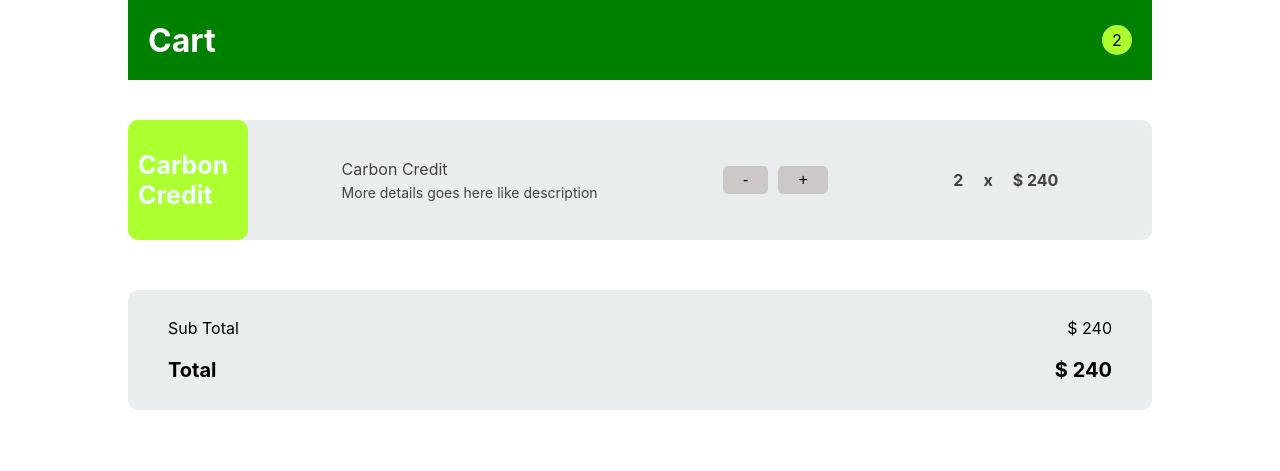
Repository: Yowani24/CarbonApp
Page: /cart
These files come from the project's save history. The page is drawn as it stood at one moment and after the next save; the edit follows.
The browser window is 1280 px wide. The pictures show the whole page.
The project was rebuilt for these pictures with package versions that can differ from the ones it lists, and the page was loaded fresh each time. The framework's server and built-in components were replaced by stand-ins that run in the browser. Also part of the build but not shown: next.config.js.

Above is the page before, as saved 2021-09-26 21:09:13.

### pages/_app.js
import '../styles/globals.css'
import Cart from './cart';

function MyApp({ Component, pageProps }) {
  return (
    <>
      <Component {...pageProps} />
    </>
  );
}

export default MyApp

### pages/cart/index.js
import React from 'react';
import Head from 'next/head'

import styles from './Cart.module.css'

export default function Cart(props) {
    return (
        <>
          <Head>
              <title>Cart</title>
          </Head>
          <header>
              <div className={styles.interface}>
                    <div className={styles.header_content}>
                        <h1>Cart</h1>
                        <p>2</p>
                    </div>
              </div>
          </header>

          <section>
              <div className={styles.interface}>
                  <div className={styles.boxes}>
                      <div className={styles.content_box}>
                          <div className={styles.box}>
                              <h3>Carbon Credit</h3>
                          </div>

                          <div className={styles.product_details}>
                            <div className={styles.description}>
                                <p>Carbon Credit</p>
                                <p>More details goes here like description</p>
                            </div>

                            <div className={styles.quantity_controls}>
                                <button>-</button>
                                <button>+</button>
                            </div>

                            <div className={styles.current_money}>
                                <p>2</p>
                                <span>x</span>
                                <p>$ 240</p>
                            </div>
                          </div>
                      </div>
                  </div>

                  <div className={styles.total_to_pay_box}>
                      <span>
                          <p>Sub Total</p>
                          <p>$ 240</p>
                      </span>
                      <span>
                          <p>Total</p>
                          <p>$ 240</p>
                      </span>
                  </div>
              </div>
          </section>
        </>
    )
}

### styles/globals.css
html,
body {
  padding: 0;
  margin: 0;
  font-family: -apple-system, BlinkMacSystemFont, Segoe UI, Roboto, Oxygen,
    Ubuntu, Cantarell, Fira Sans, Droid Sans, Helvetica Neue, sans-serif;
}

a {
  color: inherit;
  text-decoration: none;
}

* {
  margin: 0;
  box-sizing: border-box;
}

### pages/cart/Cart.module.css
.interface{
    width: 80%;
    margin: 0 auto;
}
.header_content{
    display: flex;
    justify-content: space-between;
    align-items: center;
    height: 80px;
    padding: 0 20px;
    background: green;
}
.header_content h1{
    color: #FFFFFF;
}
.header_content p{
    background: greenyellow;
    display: flex;
    justify-content: center;
    align-items:center;
    width: 30px;
    height: 30px;
    border-radius: 100%;
}


.boxes{
    margin-top: 40px;
}
.content_box{
    width: 100%;
    height: 120px;
    background:rgb(233, 237, 238);
    border-radius: 10px;

    display: flex;
    align-items:center;
}
.box{
    width: 120px;
    background: greenyellow;
    height: 100%;
    border-radius: 10px;

    display: flex;
    justify-content: center;
    align-items: center;
}
.box h3{
    font-size: 25px;
    width: 100px;
    color: azure;
}
.product_details{
    display: flex;
    justify-content: space-between;
    align-items: center;
    width: 70%;
    margin: 0 auto;
    color: hsl(0, 2%, 26%);
}
.description p:nth-child(2){
    margin-top: 5px;
    font-size: 14px;
}
.quantity_controls button{
    border: none;
    padding: 5px 20px;
    margin: 0 5px;
    border-radius: 5px;
    font-size: 16px;
    background: rgb(204, 200, 200);
}
.quantity_controls button:active{
    background: rgb(148, 146, 146);
}
.current_money{
    display: flex;
    font-size: 16px;
    font-weight: bold;
}
.current_money span{
    padding: 0 20px;
}

.total_to_pay_box{
    width: 100%;
    height: 120px;
    background:rgb(233, 237, 238);
    border-radius: 10px;

    display: flex;
    flex-direction: column;
    justify-content: center;
    margin-top: 50px;
    padding: 0 40px;
}

.total_to_pay_box span{
    display: flex;
    justify-content: space-between;
    margin: 10px 0;
}
.total_to_pay_box span:nth-child(2){
    font-weight: bold;
    font-size: 20px;
}

After the next save:
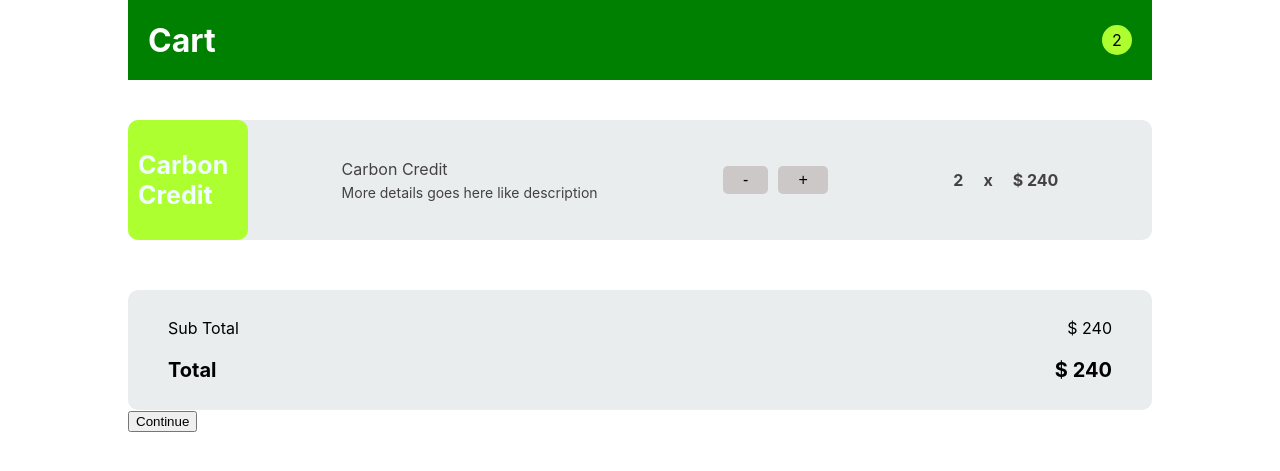
Saved 2 min 6 s later.
--- a/pages/cart/index.js
+++ b/pages/cart/index.js
@@ -56,6 +56,10 @@ export default function Cart(props) {
                           <p>$ 240</p>
                       </span>
                   </div>
+
+                  <div>
+                      <button>Continue</button>
+                  </div>
               </div>
           </section>
         </>
